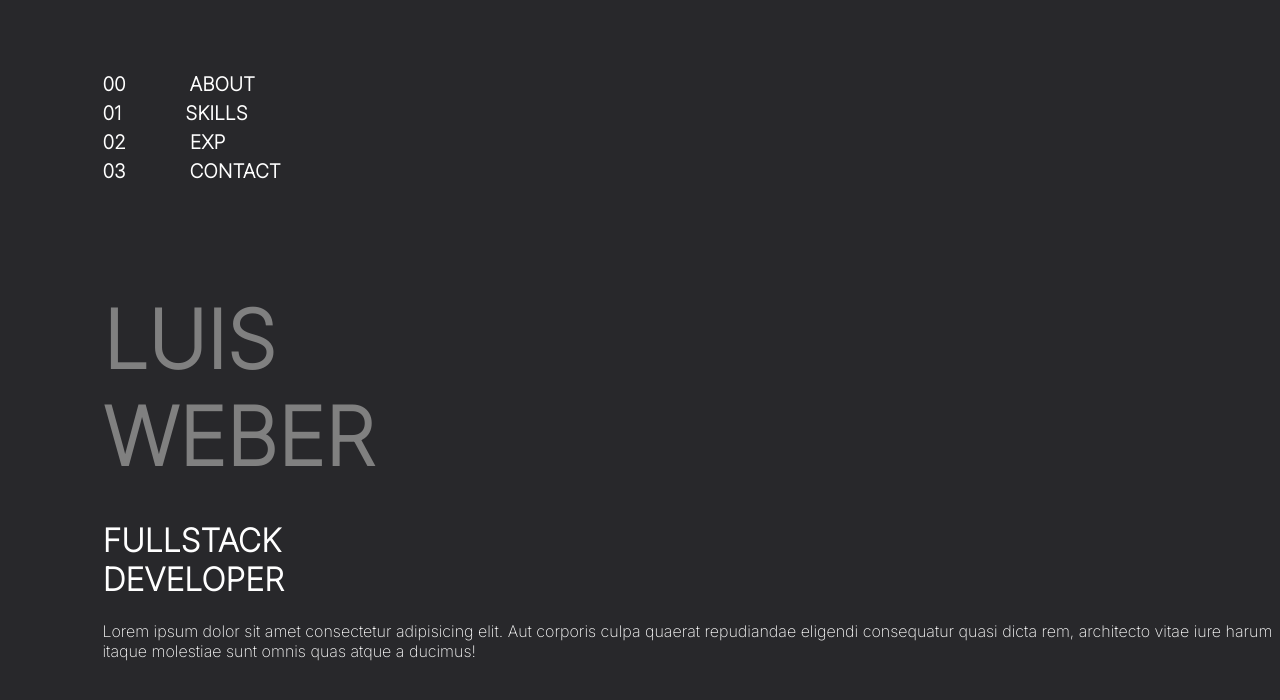
Repository: luiswh1/Portfolio
Page: /
These files come from the project's save history. The page is drawn as it stood at one moment and after the next save; the edit follows.
The browser window is 1280 px wide. The pictures show the whole page.
The project was rebuilt for these pictures with package versions that can differ from the ones it lists, and the page was loaded fresh each time.

Above is the page before, as saved 2023-05-25 20:09:46.

### public/index.html
<!DOCTYPE html>
<html lang="en">
  <head>
    <meta charset="utf-8" />
    <link rel="icon" href="%PUBLIC_URL%/favicon.ico" />
    <meta name="viewport" content="width=device-width, initial-scale=1" />
    <meta name="theme-color" content="#000000" />
    <meta
      name="description"
      content="Web site created using create-react-app"
    />
    <link rel="apple-touch-icon" href="%PUBLIC_URL%/logo192.png" />
    <!--
      manifest.json provides metadata used when your web app is installed on a
      user's mobile device or desktop. See https://developers.google.com/web/fundamentals/web-app-manifest/
    -->
    <link rel="manifest" href="%PUBLIC_URL%/manifest.json" />
    <!--
      Notice the use of %PUBLIC_URL% in the tags above.
      It will be replaced with the URL of the `public` folder during the build.
      Only files inside the `public` folder can be referenced from the HTML.

      Unlike "/favicon.ico" or "favicon.ico", "%PUBLIC_URL%/favicon.ico" will
      work correctly both with client-side routing and a non-root public URL.
      Learn how to configure a non-root public URL by running `npm run build`.
    -->

    <link rel="preconnect" href="https://fonts.googleapis.com">
    <link rel="preconnect" href="https://fonts.gstatic.com" crossorigin>
    <link href="https://fonts.googleapis.com/css2?family=Inter:wght@200&family=Poppins:wght@200;300&display=swap" rel="stylesheet">
    <title>React App</title>
  </head>
  <body>
    <noscript>You need to enable JavaScript to run this app.</noscript>
    <div id="root"></div>
    <!--
      This HTML file is a template.
      If you open it directly in the browser, you will see an empty page.

      You can add webfonts, meta tags, or analytics to this file.
      The build step will place the bundled scripts into the <body> tag.

      To begin the development, run `npm start` or `yarn start`.
      To create a production bundle, use `npm run build` or `yarn build`.
    -->
  </body>
</html>

### src/index.tsx
import React from 'react';
import ReactDOM from 'react-dom/client';
import App from './App';
import GlobalStyle from './styles/globalStyles';

const root = ReactDOM.createRoot(
  document.getElementById('root') as HTMLElement
);
root.render(
  <React.StrictMode>
    <GlobalStyle />
    <App />
  </React.StrictMode>
);

### src/App.tsx
import React from 'react';
import Home from './Pages/Home';

function App() {
  return (
   <Home />
  );
}

export default App;

### src/styles/globalStyles.tsx
import { createGlobalStyle } from 'styled-components'


const GlobalStyle = createGlobalStyle`
* {
    margin: 0;
    font-family: Inter;
  }

  html, body {
    height: 100%;
    background-color: #28282B;
    color: white;
  }

`

export default GlobalStyle

### src/Pages/Home.tsx
import React from "react";
import {
  Container,
  NameSection,
  StyledName,
  InnerContainer,
  Profession,
  About,
} from "./HomeStyles";
import IndexList from "../Components/IndexList/IndexList";

const Home = () => {
  return (
    <Container>
      <InnerContainer>
        <IndexList />

        <NameSection>
          <StyledName>
            LUIS <br />
            WEBER
          </StyledName>
        </NameSection>

        <Profession>
          FULLSTACK <br />
          DEVELOPER
        </Profession>

        <About>
          Lorem ipsum dolor sit amet consectetur adipisicing elit. Aut corporis
          culpa quaerat repudiandae eligendi consequatur quasi dicta rem,
          architecto vitae iure harum itaque molestiae sunt omnis quas atque a
          ducimus!
        </About>
      </InnerContainer>
    </Container>
  );
};

export default Home;

### src/Pages/HomeStyles.tsx
import { styled } from "styled-components";

export const Container = styled.div`
  width: 100%;
  height: 100%;
  overflow: hidden;
`;

export const InnerContainer = styled.div`
  margin-left: 8vw;
`;

export const NameSection = styled.div`
  width: 100%;
  height: 100%;
  margin-top: 15vh;
`;

export const StyledName = styled.h1`
  font-size: 5em;
  color: gray;
`;

export const Profession = styled.h1`
margin-top: 5vh;
`

export const About = styled.p`
margin-top: 3vh;
`

### src/Components/IndexList/IndexList.tsx
import React from "react";
import { Sections, SectionItem } from "./IndexListStyles";

const IndexList = () => {
  return (
    <>
      <Sections>
        <SectionItem>
          <span>00</span>
          <span>ABOUT</span>
        </SectionItem>
        <SectionItem>
          <span>01</span>
          <span>SKILLS</span>
        </SectionItem>
        <SectionItem>
          <span>02</span>
          <span>EXP</span>
        </SectionItem>
        <SectionItem>
          <span>03</span>
          <span>CONTACT</span>
        </SectionItem>
      </Sections>
    </>
  );
};

export default IndexList;

### src/Components/IndexList/IndexListStyles.tsx
import { styled } from "styled-components";

export const Sections = styled.div`
margin-top: 10vh;
`

export const SectionItem = styled.span`
color: white;
font-size: 1.2rem;
font-weight: bold;
display: block;
span:first-child {
    margin-right: 5vw;
  }
  margin-top: 5px;
`

After the next save:
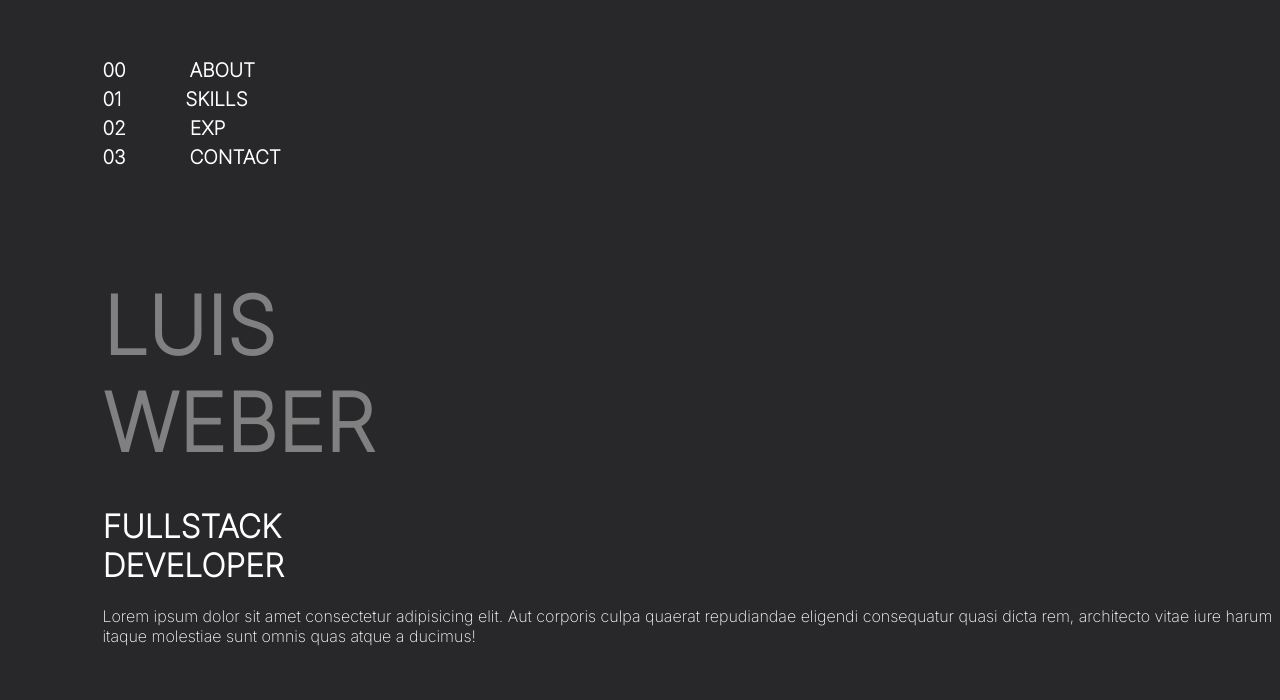
Saved 5 s later.
--- a/src/Components/IndexList/IndexListStyles.tsx
+++ b/src/Components/IndexList/IndexListStyles.tsx
@@ -1,7 +1,7 @@
 import { styled } from "styled-components";
 
 export const Sections = styled.div`
-margin-top: 10vh;
+margin-top: 8vh;
 `
 
 export const SectionItem = styled.span`
